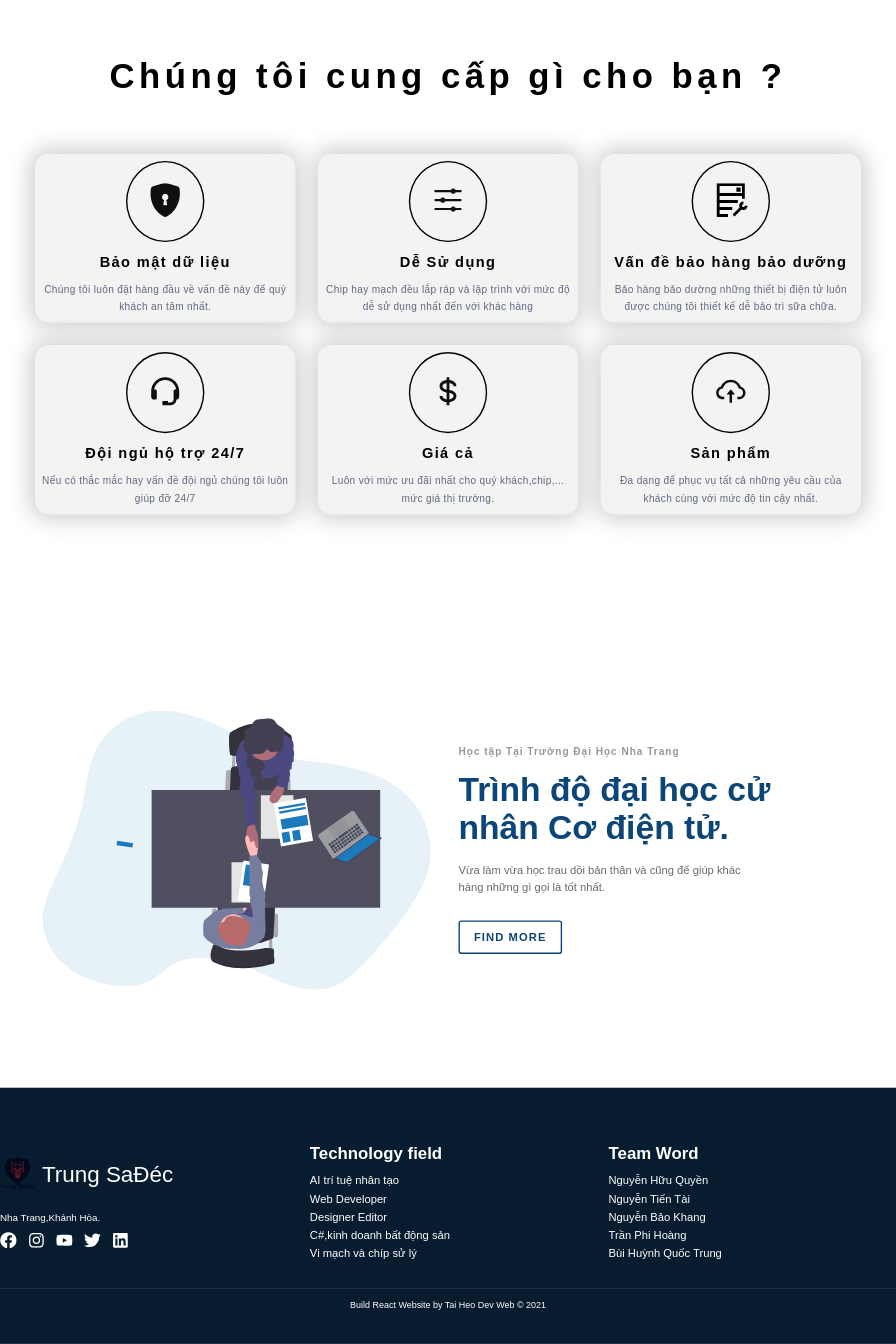
Repository: fdhhhdjd/Profile-Gift-B_H_Q_Trung
Page: /
These files come from the project's save history. The page is drawn as it stood at one moment and after the next save; the edit follows.
The browser window is 1280 px wide. The pictures show the part of the page from y = 777 to 2697 px (the page is 2697 px tall), at 70% of full size.
The project was rebuilt for these pictures with package versions that can differ from the ones it lists, and the page was loaded fresh each time. Also part of the build but not shown: src/App.css, src/Styles/PricingStyles.js, src/Data/PricingData.js, src/Pages/PricingPage.js. Imported but missing from the stored project, and not drawn on this page: src/Pages/SignUpPage.

Above is the page before, as saved 2021-10-29 09:44:38.

### src/App.js
import logo from "./logo.svg";
import "./App.css";
import { BrowserRouter as Router, Switch, Route } from "react-router-dom";
import {
  Home,
  Navbar,
  GlobalStyles,
  PricingPage,
  Footer,
} from "./Imports/Index";
function App() {
  return (
    <>
      <Router>
        <GlobalStyles />
        <Navbar />
        <Switch>
          <Route path="/" exact component={Home} />
          <Route path="/pricing" exact component={PricingPage} />
        </Switch>
        <Footer />
      </Router>
    </>
  );
}

export default App;

### src/Imports/Index.js
export { default as Home } from "../Pages/Home";
export { default as PricingPage } from "../Pages/PricingPage";
export { default as SignUpPage } from "../Pages/SignUpPage";
export { default as Navbar } from "../Components/Navbar";
export { default as GlobalStyles } from "../Styles/GlobalStyles";
export { default as Hero } from "../Components/Hero";
export { default as Footer } from "../Pages/Footer";

### src/Pages/Home.js
import React from "react";
import { Hero } from "../Imports/Index";
import FeaturesData from "../Components/FeaturesData";
import { Content } from "../Components/Content";
import { heroOne, heroTwo, heroThree } from "../Data/HeroData";

const Home = () => {
  return (
    <>
      <Hero />
      <FeaturesData />
      <Content {...heroOne} />
    </>
  );
};

export default Home;

### src/Components/Navbar.js
import React, { useState, memo } from "react";
import { data } from "../Data/NavbarData";
import { FaRProject, FaTimes } from "react-icons/fa";
import { CgMenuRight } from "react-icons/cg";
import { IconContext } from "react-icons";
import { useLocation, useHistory } from "react-router-dom";
import {
  Nav,
  NavbarContainer,
  NavIcon,
  NavLogo,
  MobileIcon,
  NavMenu,
  NavItem,
  NavLinks,
} from "../Styles/NavbarStyles";
const Navbar = () => {
  const [show, setShow] = useState(false);
  let history = useHistory();
  let location = useLocation();
  const handleClick = () => {
    setShow(!show);
  };
  const scrollTo = (id) => {
    const element = document.getElementById(id);

    element.scrollIntoView({
      behavior: "smooth",
    });
  };
  const closeMobileMenu = (to, id) => {
    if (id && location.pathname === "/") {
      scrollTo(id);
    }

    history.push(to);
    setShow(false);
  };

  return (
    <>
      <IconContext.Provider value={{ color: "#fff" }}>
        <Nav>
          <NavbarContainer>
            <NavLogo to="/">
              <NavIcon src="./assets/logo2.png" alt="logo" />
              Trung&nbsp;SaĐéc
            </NavLogo>
            <MobileIcon onClick={handleClick}>
              {show ? <FaTimes /> : <CgMenuRight />}
            </MobileIcon>
            <NavMenu show={show}>
              {data.map((el, index) => (
                <NavItem key={index}>
                  <NavLinks onClick={() => closeMobileMenu(el.to, el.id)}>
                    {el.title}
                  </NavLinks>
                </NavItem>
              ))}
            </NavMenu>
          </NavbarContainer>
        </Nav>
      </IconContext.Provider>
    </>
  );
};

export default memo(Navbar);

### src/Components/Hero.js
import React, { useEffect, useRef, memo } from "react";
import { Button, Container, MainHeading } from "../Styles/GlobalStyles";
import {
  HeroVideo,
  HeroSection,
  HeroText,
  ButtonWrapper,
  HeroButton,
  CardB,
  ContactHero,
} from "../Styles/HeroStyles";
import { Typewriter } from "react-simple-typewriter";
import { Link } from "react-router-dom";
const Hero = () => {
  return (
    <>
      <HeroSection>
        <HeroVideo src="./assets/hero.mp4" autoPlay loop />
        <Container>
          <MainHeading>
            Hi,
            <CardB>
              <Typewriter
                loop
                cursor
                cursorStyle={"_"}
                pauseFor={1000}
                delaySpeed={3000}
                color="red"
                deleteSpeed={100}
                words={["I'm Bùi Huỳnh Quốc Trung "]}
              />
            </CardB>
          </MainHeading>
          <HeroText>
            Tôi,chuyên kiểm thử chip và làm vi mạch thiết bị điện tử tự động.
          </HeroText>
          <ButtonWrapper>
            <Link to="signup">
              <Button>Liên Hệ Ngay</Button>
            </Link>
            <a href="tel:0798805741">
              <HeroButton>Gọi Ngay</HeroButton>
            </a>
          </ButtonWrapper>
        </Container>
      </HeroSection>
    </>
  );
};

export default memo(Hero);

### src/Pages/Footer.js
import React from "react";
import {
  FooterLinkItems,
  FooterLinkTitle,
  FooterLink,
  FooterLogo,
  SocialIcon,
  FooterRights,
  FooterSocialIcon,
  FooterWrapper,
  FooterAddress,
  FooterColumn,
  FooterGrid,
} from "../Styles/FooterStyles";
import { footerData, footerSocialData } from "../Data/FooterData";
import { Row, Section } from "../Styles/GlobalStyles";

function Footer() {
  return (
    <Section padding="4rem 0 2rem 0">
      <FooterWrapper>
        <FooterGrid justify="space-between">
          <FooterColumn id="footerLogo">
            <FooterLogo to="/">
              <SocialIcon src="./assets/logo1.png" />
              Trung SaĐéc
            </FooterLogo>
            <FooterAddress>Nha Trang,Khánh Hòa.</FooterAddress>

            <Row align="center" margin="auto  0 0 0" gap="1rem">
              {footerSocialData.map((social, index) => (
                <FooterSocialIcon
                  key={index}
                  href={social.href}
                  target="_blank"
                  aria-label={social.name}
                >
                  {social.icon}
                </FooterSocialIcon>
              ))}
            </Row>
          </FooterColumn>
          {footerData.map((footerItem, index) => (
            <FooterLinkItems key={index}>
              <FooterLinkTitle>{footerItem.title}</FooterLinkTitle>
              {footerItem.links.map((link, linkIndex) => (
                <FooterLink key={linkIndex} href={link.href} target="_blank">
                  {link.name}
                </FooterLink>
              ))}
            </FooterLinkItems>
          ))}
        </FooterGrid>
        <FooterRights>
          Build React Website by Tai Heo Dev Web © 2021
        </FooterRights>
      </FooterWrapper>
    </Section>
  );
}

export default Footer;

### src/Components/FeaturesData.js
import React, { memo } from "react";
import { Section, Container } from "../Styles/GlobalStyles";
import {
  FeatureText,
  FeatureTitle,
  FeatureWrapper,
  FeatureColumn,
  FeatureImageWrapper,
  FeatureName,
  FeatureTextWrapper,
} from "../Styles/FeaturesStyles";
import { featuresData } from "../Data/FeaturesData";
const FeaturesData = () => {
  const initial = {
    y: 40,
    opacity: 0,
  };
  const animate = {
    y: 0,
    opacity: 1,
  };

  return (
    <>
      <Section smPadding="50px 10px" position="relative" inverse id="about">
        <Container>
          <FeatureTextWrapper>
            <FeatureTitle>Chúng tôi cung cấp gì cho bạn ?</FeatureTitle>
          </FeatureTextWrapper>
          <FeatureWrapper>
            {featuresData.map((el, index) => (
              <>
                <FeatureColumn
                  initial={initial}
                  animate={animate}
                  transition={{ duration: 0.5 + index * 0.1 }}
                  key={index}
                >
                  <FeatureImageWrapper className={el.imgClass}>
                    {el.icon}
                  </FeatureImageWrapper>
                  <FeatureName>{el.name}</FeatureName>
                  <FeatureText>{el.description}</FeatureText>
                </FeatureColumn>
              </>
            ))}
          </FeatureWrapper>
        </Container>
      </Section>
    </>
  );
};

export default memo(FeaturesData);

### src/Components/Content.js
import React, { useEffect } from "react";
import { Container, Section } from "../Styles/GlobalStyles";
import {
  ContentRow,
  TextWrapper,
  TopLine,
  Heading,
  ContentButton,
  Subtitle,
  ImgWrapper,
  Img,
  ContentColumn,
} from "../Styles/ContentStyles";

import { useInView } from "react-intersection-observer";

export const Content = ({
  primary,
  topLine,
  headline,
  description,
  buttonLabel,
  img,
  alt,
  inverse,
  reverse,
}) => {
  const initial = { opacity: 0, y: 30 };

  return (
    <Section inverse={inverse}>
      <Container>
        <ContentRow reverse={reverse}>
          <ContentColumn>
            <TextWrapper>
              <TopLine>{topLine.text}</TopLine>
              <Heading inverse={inverse}>{headline}</Heading>
              <Subtitle inverse={inverse}>{description}</Subtitle>
              <ContentButton inverse={inverse} primary={primary}>
                {buttonLabel}
              </ContentButton>
            </TextWrapper>
          </ContentColumn>
          <ContentColumn>
            <ImgWrapper>
              <Img src={img} alt={alt} />
            </ImgWrapper>
          </ContentColumn>
        </ContentRow>
      </Container>
    </Section>
  );
};

### src/Data/HeroData.js
export const heroOne = {
  reverse: true,
  inverse: true,
  topLine: {
    text: "Học tập Tại Trường Đại Học Nha Trang",
  },
  headline: "Trình độ đại học cử nhân Cơ điện tử.",
  description:
    "Vừa làm vừa học trau dồi bản thân và cũng để giúp khác hàng những gì gọi là tốt nhất.",
  buttonLabel: "Find More",
  imgStart: "start",
  img: "./assets/svg/Deal.svg",
  start: "true",
};

export const heroTwo = {
  reverse: false,
  inverse: false,
  topLine: {
    text: "Designed & Developed",
  },
  headline: "The best practices",
  description: "Our clients have had the best experience working with us",
  buttonLabel: "View Project",

  linkTo: "/more",
  imgStart: "start",
  img: "./assets/svg/Connection.svg",
  start: "true",
};

export const heroThree = {
  reverse: true,
  inverse: true,
  topLine: {
    text: "Highly reputed brand",
  },
  headline: "Why us? ",
  description:
    "Our 9 year experience have allowed us to use the most innovative technologies and methodologies",
  buttonLabel: "View Project",

  linkTo: "/download",
  imgStart: "",
  img: "./assets/svg/ChartUp.svg",
  start: "true",
};

### src/Data/NavbarData.js
export const data = [
  {
    to: "/",
    title: "About",
    id: "about",
  },
  {
    to: "/signup",
    title: "Contact",
  },
  {
    to: "/pricing",
    title: "Pricing",
  },
];

### src/Styles/HeroStyles.js
import styled from "styled-components";
import { Button } from "../Styles/GlobalStyles";

export const HeroSection = styled.section`
  height: 100vh;
  background-position: center;
  background-size: cover;
  padding-top: clamp(70px, 25vh, 220px);
  box-shadow: inset 0 0 0 1000px rgba (0, 0, 0, 0.2);
`;

export const HeroVideo = styled.video`
  object-fit: cover;
  width: 100%;
  height: 100%;
  background: linear-gradient(to right, rgba(0, 0, 0, 0.7), rgba(0, 0, 0, 0.1));
  top: 0;
  position: absolute;
  z-index: -1;
`;

export const HeroText = styled.p`
  margin-bottom: 35px;
  font-size: clamp(0.9rem, 1.5vw, 1.3rem);
  line-height: 24px;
  text-align: center;
  letter-spacing: 2px;
  color: #fff;
`;

export const ButtonWrapper = styled.div`
  width: 100%;
  display: flex;
  justify-content: center;
  flex-flow: wrap;
  gap: 0.5rem;
`;

export const HeroButton = styled(Button)`
  color: black;

  &:before {
    background: #fff;
    height: 500%;
  }

  &:hover:before {
    height: 0%;
  }

  &:hover {
    color: white;
  }
`;
export const CardB = styled.b`
  color: blue;
`;
export const ContactHero = styled.b`
  width: 15px;
  height: 15px;
`;

### src/Styles/FeaturesStyles.js
import styled from "styled-components";

export const FeatureTitle = styled.h2`
  text-align: center;
  font-size: clamp(1.3rem, 13vw, 3.1rem);
  line-height: 1.06;
  letter-spacing: 0.4rem;
  margin: auto;
`;

export const FeatureTextWrapper = styled.div`
  position: relative;
  padding: 0 0 20px;
  margin-bottom: 4rem;
`;

export const FeatureWrapper = styled.div`
  display: grid;
  grid-template-columns: repeat(3, 1fr);
  margin-top: 4rem;
  grid-gap: 2rem;

  @media screen and (max-width: 1100px) {
    grid-template-columns: repeat(2, 1fr);
    grid-row-gap: 3rem;
  }

  @media screen and (max-width: 568px) {
    grid-template-columns: repeat(1, 1fr);
  }
`;

export const FeatureColumn = styled.div`
  display: flex;
  flex-flow: column;
  justify-content: center;
  align-items: center;
  background: #f3f3f3;
  padding: 10px;
  box-shadow: 0 0 32px 8px #d0d0d0;
  border-radius: 20px;
`;

export const FeatureImageWrapper = styled.div`
  margin-bottom: 1rem;
  border-radius: 50%;
  border: 2px solid #000;

  padding: 30px;
`;
export const FeatureName = styled.h3`
  font-weight: 600;
  font-size: 1.3rem;
  letter-spacing: 2px;

  @media screen and (max-width: 768px) {
    font-weight: 400;
    font-size: 1rem;
    letter-spacing: 1.3px;
  }
`;
export const FeatureText = styled.p`
  margin: 1rem 0 auto;
  text-align: center;
  font-size: 0.9rem;
  line-height: 1.73;
  letter-spacing: 0.5px;
  color: #626881;

  @media screen and (max-width: 768px) {
    display: none;
  }
`;

### src/Data/FeaturesData.js
import React from "react";

import { BsFillShieldLockFill } from "react-icons/bs";
import { IoIosOptions } from "react-icons/io";
import { AiOutlineCloudUpload } from "react-icons/ai";
import { BiSupport, BiDollar } from "react-icons/bi";
import { GrHostMaintenance } from "react-icons/gr";
const iconStyle = (Icon) => <Icon size="3rem" color="#0f0f0f" />;

export const featuresData = [
  {
    name: "Bảo mật dữ liệu",
    description:
      "Chúng tôi luôn đặt hàng đầu về vấn đề này để quý khách an tâm nhất.",
    icon: iconStyle(BsFillShieldLockFill),
    imgClass: "one",
  },
  {
    name: "Dễ Sử dụng",
    description:
      "Chip hay mạch đều lắp ráp và lập trình với mức độ dễ sử dụng nhất đến với khác hàng ",
    icon: iconStyle(IoIosOptions),
    imgClass: "two",
  },
  {
    name: "Vấn đề bảo hàng bảo dưỡng",
    description:
      "Bảo hàng bảo dường những thiết bị điện tử luôn được chúng tôi thiết kế dễ bảo trì sữa chữa.",
    icon: iconStyle(GrHostMaintenance),
    imgClass: "three",
  },
  {
    name: " Đội ngủ hộ trợ 24/7 ",
    description:
      "Nếu có thắc mắc hay vấn đề đội ngủ chúng tôi luôn giúp đỡ 24/7",
    icon: iconStyle(BiSupport),
    imgClass: "four",
  },
  {
    name: "Giá cả",
    description:
      "Luôn với mức ưu đãi nhất cho quý khách,chip,... mức giá thị trường.",
    icon: iconStyle(BiDollar),
    imgClass: "five",
  },
  {
    name: "Sản phẩm",
    description:
      "Đa dạng để phục vụ tất cả những yêu cầu của khách cùng với mức độ tin cậy nhất. ",
    icon: iconStyle(AiOutlineCloudUpload),
    imgClass: "six",
  },
];

### src/Styles/ContentStyles.js
import styled from "styled-components";

export const ContentRow = styled.div`
  display: flex;
  margin: 0 -15px -15px -15px;
  flex-wrap: wrap;
  align-items: center;
  flex-direction: ${({ reverse }) => (reverse ? "row-reverse" : "row")};
  justify-content: space-around;

  @media screen and (max-width: 768px) {
    flex-direction: column-reverse;
  }
`;

export const ContentColumn = styled.div`
  margin-bottom: 15px;
  padding-right: 15px;
  padding-left: 15px;
  flex: 1;
  z-index: 10;
  display: flex;
  flex-direction: column;
  @media screen and (max-width: 768px) {
    max-width: 100% !important;
    flex-basis: 100%;
    justify-content: center;
    align-items: center;
  }
`;

export const TextWrapper = styled.div`
  max-width: 540px;
  padding-top: 0;

  @media screen and (max-width: 768px) {
    padding-bottom: 65px;
    > h1,
    p {
      text-align: center;
    }
    display: flex;
    flex-direction: column;
    align-items: center;
  }

  > img {
    width: 300px;
    margin-left: -3px;
  }
`;

export const ImgWrapper = styled.div`
  display: flex;
  justify-content: "flex-end";
  max-height: 700px;
  justify-content: center;
  position: relative;
`;

export const TopLine = styled.div`
  font-size: 0.9rem;
  line-height: 16px;
  font-weight: 550;
  letter-spacing: 1.4px;
  margin-bottom: 1.3rem;
  color: #979797;
`;

export const Img = styled.img`
  padding-right: 0;
  border: 0;
  max-width: 100%;
  vertical-align: middle;
  display: inline-block;
  object-fit: cover;
  max-height: 700px;
  z-index: 1;
`;

export const Heading = styled.h2`
  margin-bottom: 24px;
  font-size: 3rem;
  line-height: 1.1;
  font-weight: 600;
  color: ${({ inverse }) => (inverse ? "#0c4577" : "white")};

  @media screen and (max-width: 768px) {
    text-align: center;
  }
`;

export const Subtitle = styled.p`
  max-width: 440px;
  margin-bottom: 35px;
  line-height: 24px;
  color: ${({ inverse }) => (inverse ? "#6a6a6a" : "white")};
`;

export const ContentButton = styled.button`
  height: 3rem;
  padding: 16px 32px;
  font-weight: 700;
  font-size: 0.8rem;
  line-height: 18px;
  letter-spacing: 1.54px;
  text-transform: uppercase;
  cursor: pointer;
  background: none;
  color: ${({ inverse }) => (inverse ? "#0c4577" : "white")};

  border-radius: 4px;
  white-space: nowrap;
  padding: ${({ big }) => (big ? "12px 64px" : "10px 20px")};
  font-size: ${({ fontBig }) => (fontBig ? "20px" : "16px")};
  outline: none;
  border: 2px solid ${({ inverse }) => (inverse ? "#0c4577" : "white")};
  cursor: pointer;
  position: relative;
  overflow: hidden;

  &:before {
    background: ${({ inverse }) => (inverse ? "#0c4577" : "white")};
    content: "";
    position: absolute;
    top: 50%;
    left: 50%;
    transform: translate(-50%, -50%);
    z-index: -1;
    transition: all 0.6s ease;
    width: 100%;
    height: 0%;
    transform: translate(-50%, -50%) rotate(45deg);
  }

  &:hover:before {
    height: 500%;
  }

  &:hover {
    color: ${({ inverse }) => (inverse ? "white" : "black")};
  }
`;

Loaded but not shown: public/index.html (common file); src/index.js (common file); src/index.css (common file); src/reportWebVitals.js (common file); src/Styles/GlobalStyles.js (140 lines, source omitted); src/Styles/FooterStyles.js (161 lines, source omitted); src/Styles/NavbarStyles.js (135 lines, source omitted); src/Data/FooterData.js (92 lines, source omitted)

After the next save:
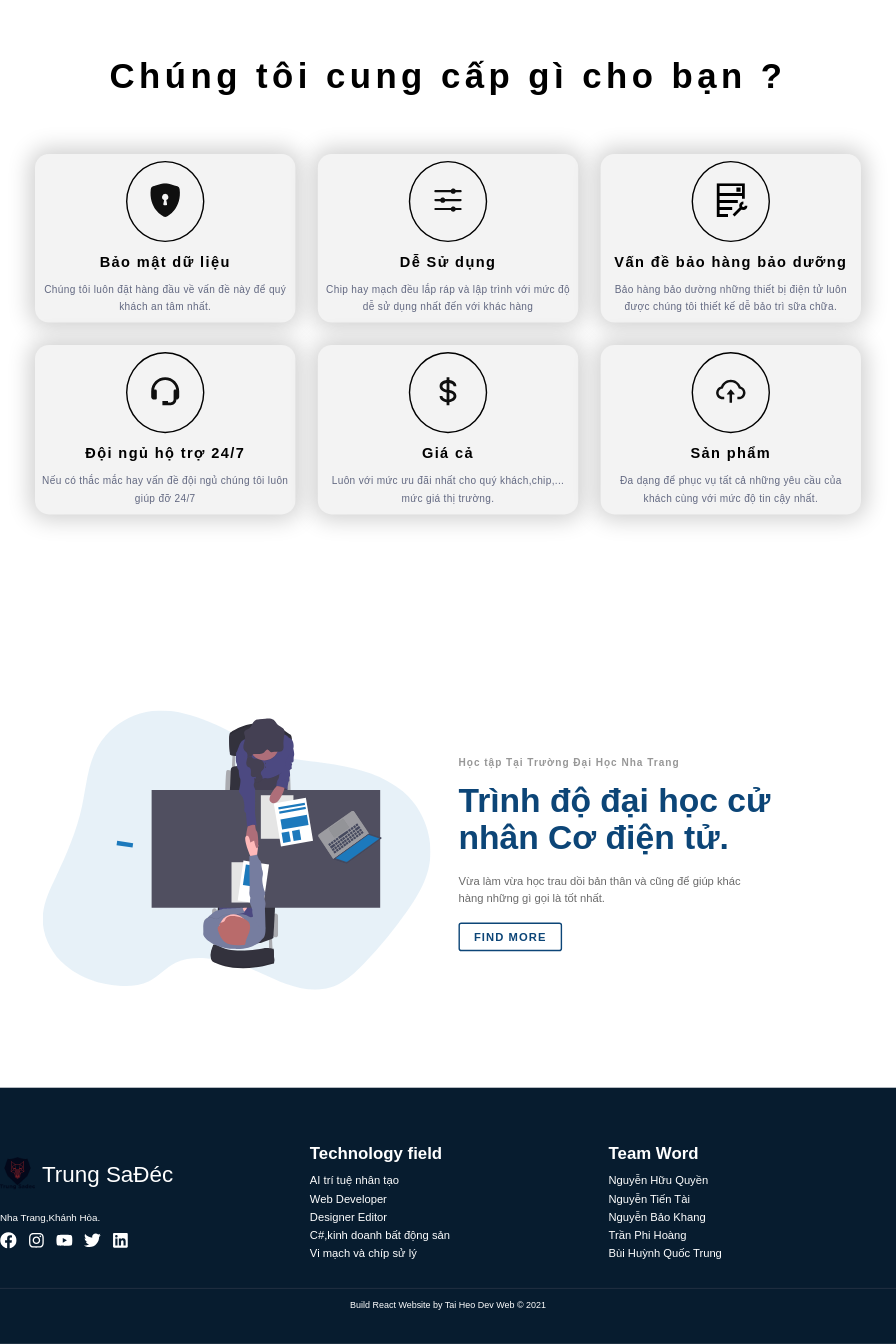
Saved 66 s later.
--- a/src/Styles/ContentStyles.js
+++ b/src/Styles/ContentStyles.js
@@ -97,7 +97,7 @@
   color: ${({ inverse }) => (inverse ? "#6a6a6a" : "white")};
 `;
 
-export const ContentButton = styled.button`
+export const ContentButton = styled.a`
   height: 3rem;
   padding: 16px 32px;
   font-weight: 700;

After the 2 saves that followed:
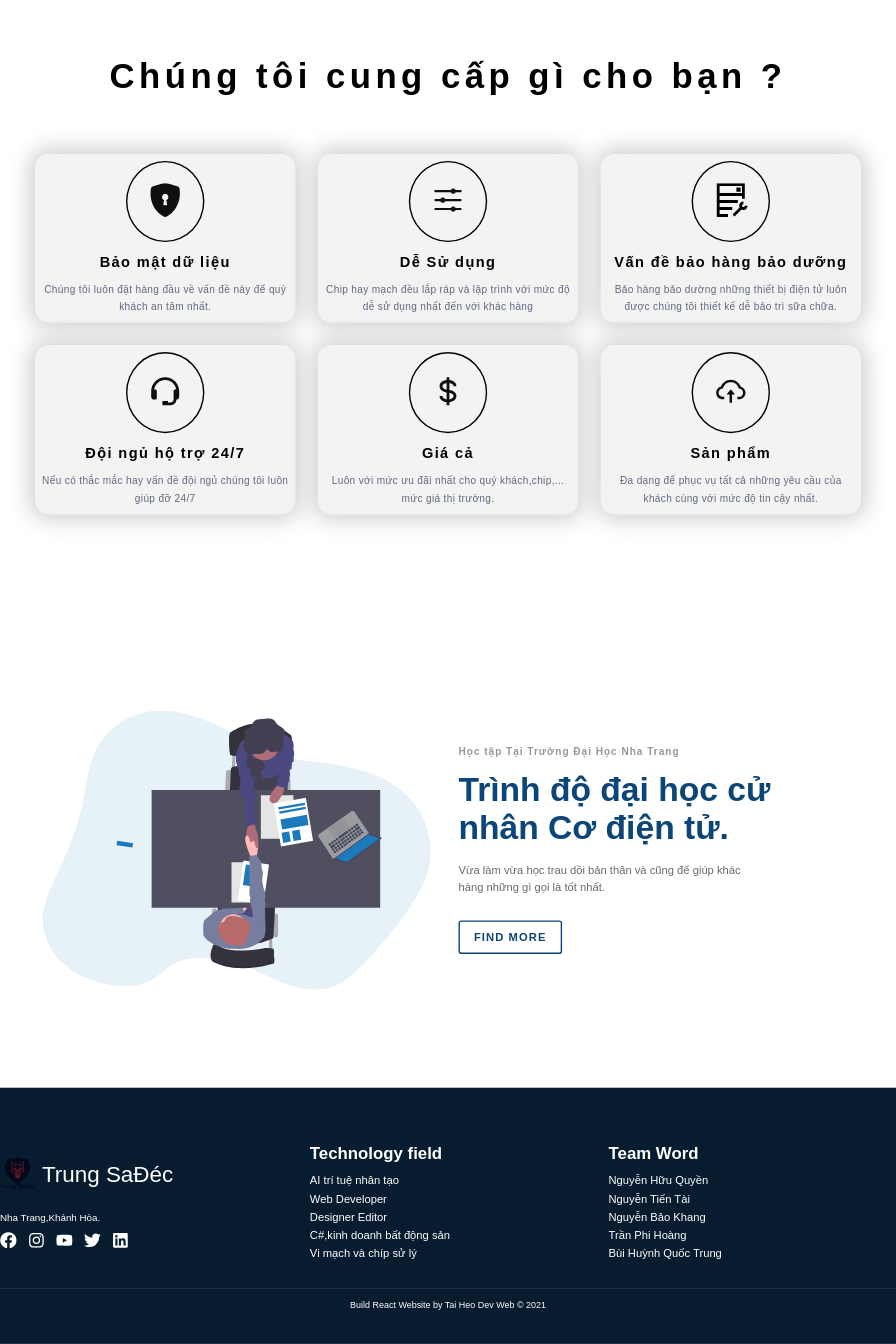
The 2 saves are shown as one change because 1 left the picture as it was.
The last was saved 31 s later.
--- a/src/Components/Content.js
+++ b/src/Components/Content.js
@@ -43,7 +43,12 @@ export const Content = ({
           </ContentColumn>
           <ContentColumn>
             <ImgWrapper>
-              <Img src={img} alt={alt} />
+              <Img
+                src={img}
+                alt={alt}
+                whileHover={{ rotate: 2, scale: 1.02 }}
+                transition={{ duration: 0.5 }}
+              />
             </ImgWrapper>
           </ContentColumn>
         </ContentRow>
--- a/src/Styles/ContentStyles.js
+++ b/src/Styles/ContentStyles.js
@@ -97,7 +97,7 @@
   color: ${({ inverse }) => (inverse ? "#6a6a6a" : "white")};
 `;
 
-export const ContentButton = styled.a`
+export const ContentButton = styled.button`
   height: 3rem;
   padding: 16px 32px;
   font-weight: 700;
